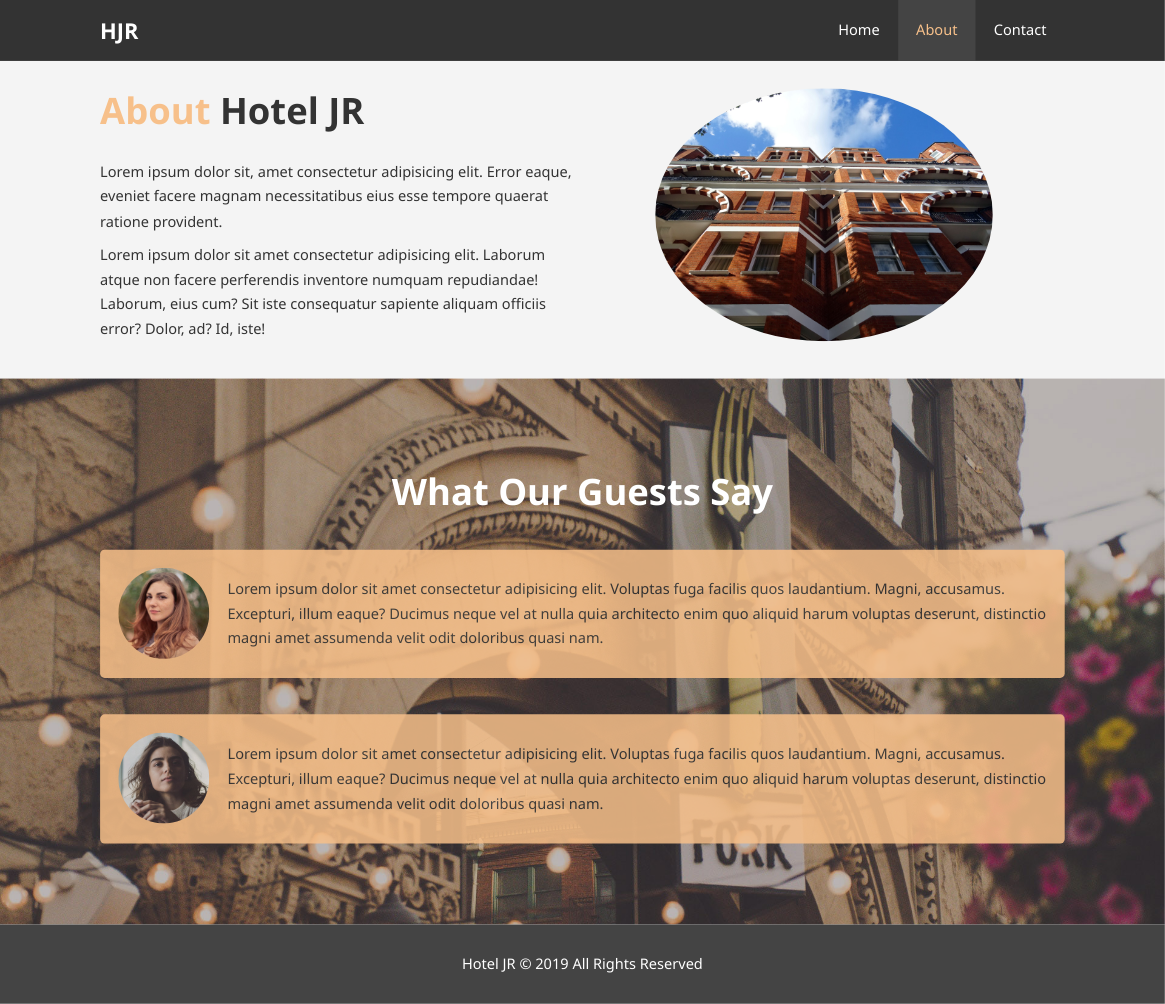
Repository: dimlutine/Hotel-Project
Page: about.html
An editor plug-in stored every save of this project. The page is shown before and after the next save, followed by the edit.
The browser window is 1280 px wide. The pictures show the whole page, at 91% of full size.

Above is the page before, as saved 2019-07-06 17:03:16.

After the next save:
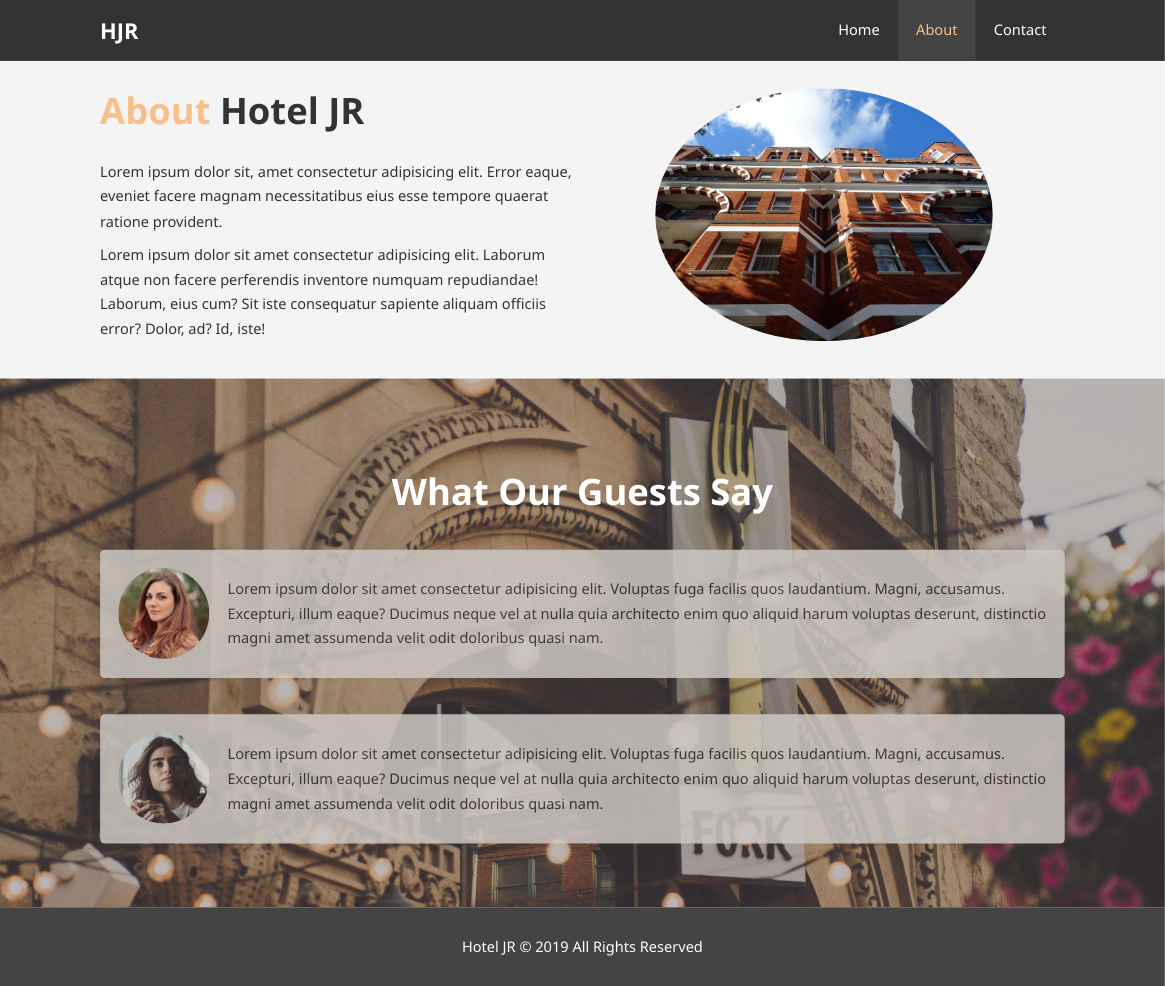
Saved 28 s later.
--- a/css/style.css
+++ b/css/style.css
@@ -74,7 +74,7 @@ p {
 }
 
 .bg-primary {
-    background: #f7c08a;
+    background: #ccc7c2;
     color: #333;
 }
 
@@ -235,7 +235,7 @@ p {
 }
 
 #testimonials {
-    height: 600px;
+    height: 100%;
     background: url('../img/test-bg.jpg') no-repeat center center/cover;
     padding-top: 100px;
 }
